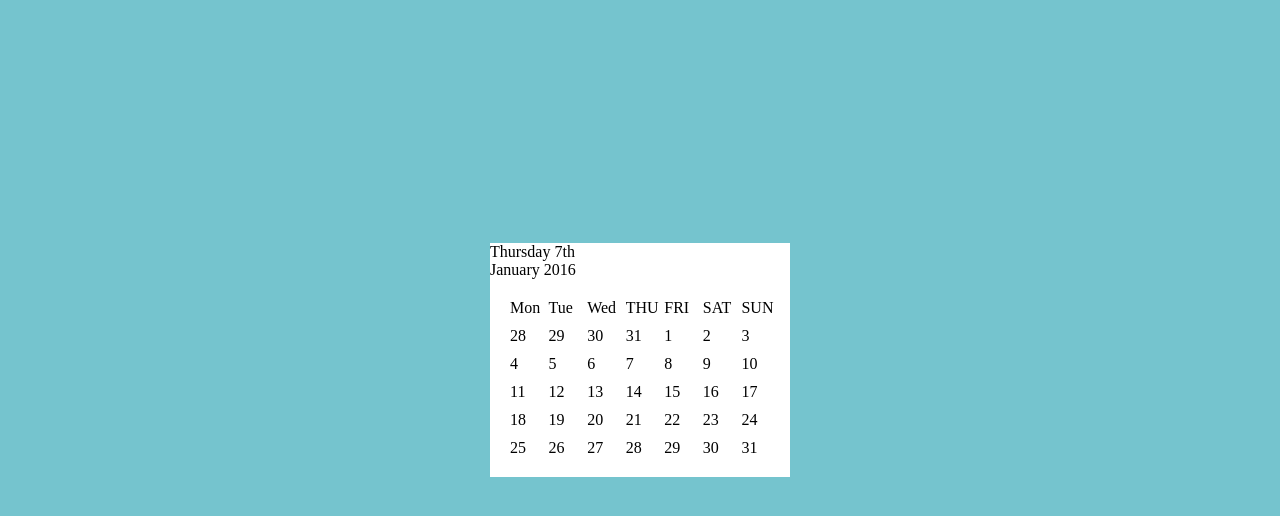
Repository: KYUUBI-K/HTML
Page: За 1 курс/Лаб 4/calendar.html
The author's editor kept a copy of each file at every save. The page is drawn from the files as they stood at one save, then again after the next save.
The browser window is 1280 px wide. The pictures show the whole page.

Above is the page before, as saved 2021-03-30 13:26:42.

### За 1 курс/Лаб 4/calendar.html
<!DOCTYPE html>
<html lang="en">
<head>
    <meta charset="UTF-8">
    <meta http-equiv="X-UA-Compatible" content="IE=edge">
    <meta name="viewport" content="width=device-width, initial-scale=1.0">
    <title>Document</title>
    <link rel="stylesheet" href="for_calend.css">
</head>
<body style="background-color:rgba(80, 181, 194, 0.788) ;">
    <div class="calendar">
        <div class="today">
            Thursday 7th
            <div class="today">
                January 2016
            </div>
        </div>
        <div class="date">
            <div class="day">Mon</div>
            <div class="day">Tue</div>
            <div class="day">Wed</div>
            <div class="day">THU</div>
            <div class="day">FRI</div>
            <div class="day">SAT</div>
            <div class="day">SUN</div>
            <div class="number">28</div>
            <div class="number">29</div>
            <div class="number">30</div>
            <div class="number">31</div>
            <div class="number">1</div>
            <div class="number">2</div>
            <div class="number">3</div>
            <div class="number">4</div>
            <div class="number">5</div>
            <div class="number">6</div>
            <div class="number">7</div>
            <div class="number">8</div>
            <div class="number">9</div>
            <div class="number">10</div>
            <div class="number">11</div>
            <div class="number">12</div>
            <div class="number">13</div>
            <div class="number">14</div>
            <div class="number">15</div>
            <div class="number">16</div>
            <div class="number">17</div>
            <div class="number">18</div>
            <div class="number">19</div>
            <div class="number">20</div>
            <div class="number">21</div>
            <div class="number">22</div>
            <div class="number">23</div>
            <div class="number">24</div>
            <div class="number">25</div>
            <div class="number">26</div>
            <div class="number">27</div>
            <div class="number">28</div>
            <div class="number">29</div>
            <div class="number">30</div>
            <div class="number">31</div>
        </div>
    </div>
</body>
</html>

### За 1 курс/Лаб 4/for_calend.css
body{
    margin:0;
    padding: 0;
    display: flex;
    justify-content: center;
    align-items: center;
    height: 100vh;
}
.calendar{
    width: 300px;
    height: auto;
    background-color: white;
    box-sizing: border-box;

}
.calendar .date{
    padding: 20px;
    display: grid;
    grid-template-columns: repeat(auto-fit,minmax(25px,1fr));
    grid-gap: 10px;
    box-sizing: border-box;
}
.today{
    display: grid;
}

After the next save:
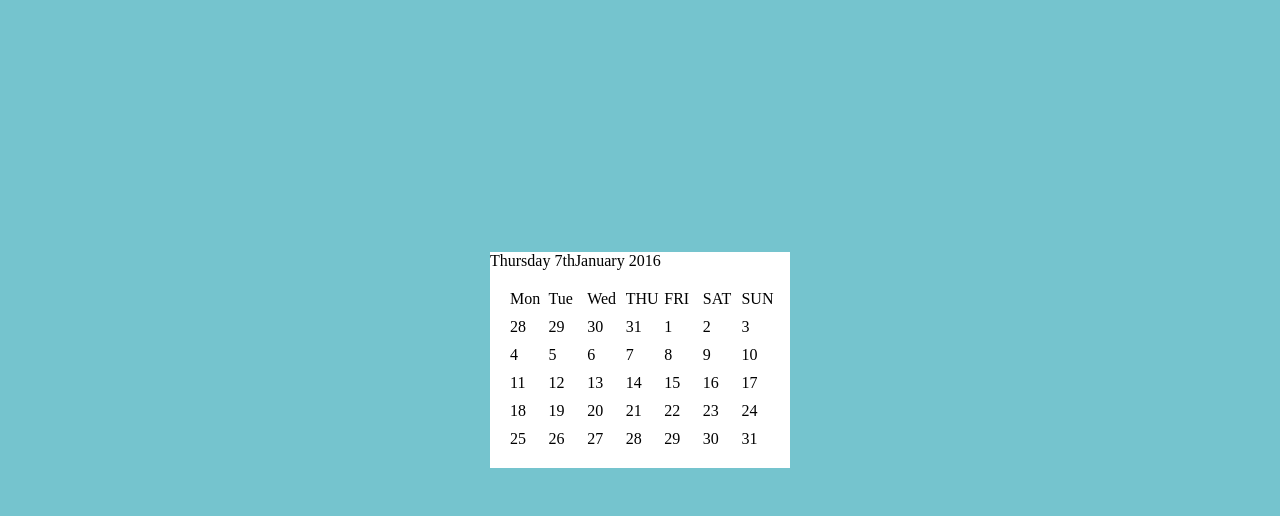
Saved 11 s later.
--- a/За 1 курс/Лаб 4/for_calend.css
+++ b/За 1 курс/Лаб 4/for_calend.css
@@ -21,5 +21,5 @@ body{
     box-sizing: border-box;
 }
 .today{
-    display: grid;
+    display: flex;
 }
